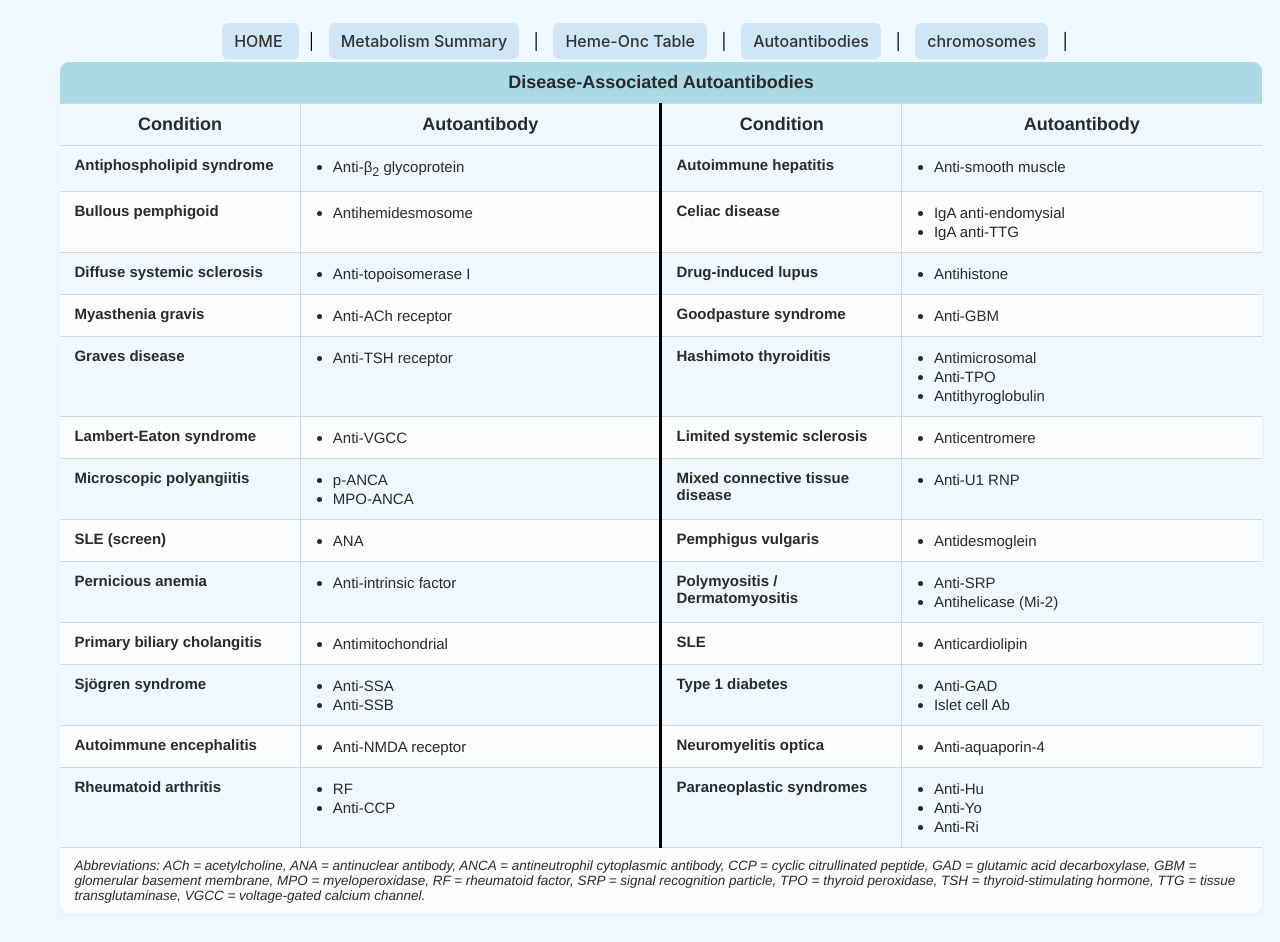
Repository: sharperdragon/STEVEL-1-Summaries
Page: subdex/autoantibodies.html
An editor plug-in stored every save of this project. The page is shown before and after the next save, followed by the edit.
The browser window is 1280 px wide. The pictures show the whole page.

Above is the page before, as saved 2025-05-19 07:19:03.

### subdex/autoantibodies.html
<!DOCTYPE html>
<html lang="en">
<head>
    <meta charset="UTF-8">
    <meta name="viewport" content="width=device-width, initial-scale=1.0">
    <title>Summary tables</title>
    <link rel="stylesheet" href="/STEVEL-1-Summaries/static/style.css">
    <link rel="icon" href="/STEVEL-1-Summaries/subdex/metabolism.html">
</head>

<body>
  <nav style="margin: 10px 0; text-align: center;">
  <a href="index.html" class="nav-link"> HOME </a>   |
    <a href="subdex/metabolism.html" class="nav-link">Metabolism Summary</a> |
  <a href="subdex/hemeonc.html" class="nav-link">Heme-Onc Table</a> |
  <a href="subdex/autoantibodies.html" class="nav-link">Autoantibodies</a> |
  <a href="subdex/chromosomes.html" class="nav-link">chromosomes</a> |
</nav>
<div class="table-responsive">
<table class="autoantibody-table" border="1" cellspacing="0" cellpadding="6" style="border-collapse: collapse; width: 100%;">
  <thead>
    <tr>
      <th colspan="4" style="background-color: #add8e6; text-align: center; font-size: 1.2em;">
        <strong>Disease-Associated Autoantibodies</strong>
      </th>
    </tr>
    <tr>
      <th style="background-color: #f0f8ff; text-align: center;">Condition</th>
      <th style="background-color: #f0f8ff; text-align: center; border-right: 3px solid black;">Autoantibody</th>
      <th style="background-color: #f0f8ff; text-align: center;">Condition</th>
      <th style="background-color: #f0f8ff; text-align: center;">Autoantibody</th>
    </tr>
  </thead>
  <tbody>
    <tr>
      <td><strong>Antiphospholipid syndrome</strong></td>
      <td style="border-right: 3px solid black;"><ul><li>Anti-β<sub>2</sub> glycoprotein</li></ul></td>
      <td><strong>Autoimmune hepatitis</strong></td>
      <td><ul><li>Anti-smooth muscle</li></ul></td>
    </tr>
    <tr>
      <td><strong>Bullous pemphigoid</strong></td>
      <td style="border-right: 3px solid black;"><ul><li>Antihemidesmosome</li></ul></td>
      <td><strong>Celiac disease</strong></td>
      <td><ul><li>IgA anti-endomysial</li><li>IgA anti-TTG</li></ul></td>
    </tr>
    <tr>
      <td><strong>Diffuse systemic sclerosis</strong></td>
      <td style="border-right: 3px solid black;"><ul><li>Anti-topoisomerase I</li></ul></td>
      <td><strong>Drug-induced lupus</strong></td>
      <td><ul><li>Antihistone</li></ul></td>
    </tr>
    <tr>
      <td><strong>Myasthenia gravis</strong></td>
      <td style="border-right: 3px solid black;"><ul><li>Anti-ACh receptor</li></ul></td>
      <td><strong>Goodpasture syndrome</strong></td>
      <td><ul><li>Anti-GBM</li></ul></td>
    </tr>
    <tr>
      <td><strong>Graves disease</strong></td>
      <td style="border-right: 3px solid black;"><ul><li>Anti-TSH receptor</li></ul></td>
      <td><strong>Hashimoto thyroiditis</strong></td>
      <td><ul><li>Antimicrosomal</li><li>Anti-TPO</li><li>Antithyroglobulin</li></ul></td>
    </tr>
    <tr>
      <td><strong>Lambert-Eaton syndrome</strong></td>
      <td style="border-right: 3px solid black;"><ul><li>Anti-VGCC</li></ul></td>
      <td><strong>Limited systemic sclerosis</strong></td>
      <td><ul><li>Anticentromere</li></ul></td>
    </tr>
    <tr>
      <td><strong>Microscopic polyangiitis</strong></td>
      <td style="border-right: 3px solid black;"><ul><li>p-ANCA</li><li>MPO-ANCA</li></ul></td>
      <td><strong>Mixed connective tissue disease</strong></td>
      <td><ul><li>Anti-U1 RNP</li></ul></td>
    </tr>
    <tr>
      <td><strong>SLE (screen)</strong></td>
      <td style="border-right: 3px solid black;"><ul><li>ANA</li></ul></td>
      <td><strong>Pemphigus vulgaris</strong></td>
      <td><ul><li>Antidesmoglein</li></ul></td>
    </tr>
    <tr>
      <td><strong>Pernicious anemia</strong></td>
      <td style="border-right: 3px solid black;"><ul><li>Anti-intrinsic factor</li></ul></td>
      <td><strong>Polymyositis / Dermatomyositis</strong></td>
      <td><ul><li>Anti-SRP</li><li>Antihelicase (Mi-2)</li></ul></td>
    </tr>
    <tr>
      <td><strong>Primary biliary cholangitis</strong></td>
      <td style="border-right: 3px solid black;"><ul><li>Antimitochondrial</li></ul></td>
      <td><strong>SLE</strong></td>
      <td><ul><li>Anticardiolipin</li></ul></td>
    </tr>
    <tr>
      <td><strong>Sjögren syndrome</strong></td>
      <td style="border-right: 3px solid black;"><ul><li>Anti-SSA</li><li>Anti-SSB</li></ul></td>
      <td><strong>Type 1 diabetes</strong></td>
      <td><ul><li>Anti-GAD</li><li>Islet cell Ab</li></ul></td>
    </tr>
    <tr>
      <td><strong>Autoimmune encephalitis</strong></td>
      <td style="border-right: 3px solid black;"><ul><li>Anti-NMDA receptor</li></ul></td>
      <td><strong>Neuromyelitis optica</strong></td>
      <td><ul><li>Anti-aquaporin-4</li></ul></td>
    </tr>
    <tr>
      <td><strong>Rheumatoid arthritis</strong></td>
      <td style="border-right: 3px solid black;"><ul><li>RF</li><li>Anti-CCP</li></ul></td>
      <td><strong>Paraneoplastic syndromes</strong></td>
      <td><ul><li>Anti-Hu</li><li>Anti-Yo</li><li>Anti-Ri</li></ul></td>
    </tr>
    <tr>
      <td colspan="4" style="font-size: 90%; padding-top: 10px;">
        <em>Abbreviations: ACh = acetylcholine, ANA = antinuclear antibody, ANCA = antineutrophil cytoplasmic antibody, CCP = cyclic citrullinated peptide, GAD = glutamic acid decarboxylase, GBM = glomerular basement membrane, MPO = myeloperoxidase, RF = rheumatoid factor, SRP = signal recognition particle, TPO = thyroid peroxidase, TSH = thyroid-stimulating hormone, TTG = tissue transglutaminase, VGCC = voltage-gated calcium channel.</em>
      </td>
    </tr>
  </tbody>
</table>
</div>
</body>

### static/style.css
:root {
  --header-bg: #d0e5f5;
  --subheader-bg: #f7f9fa;
  --border-color: #ccd9e0;
  --strong-divider: #6c8ca3;
  --row-alt-bg: #fbfcfd;
  --text-color: #2a2a2a;
  --font: "Helvetica Neue", Helvetica, Arial, sans-serif;
  --base-font-size: 15px;
  --header-font-size: 18px;
}
body {max-width: 100vw;}

.autoantibody-table {
  max-width: 94vw;
  border-collapse: collapse;
  font-family: var(--font);
  color: var(--text-color);
  font-size: var(--base-font-size);
  border: 1px solid var(--border-color);
  border-radius: 10px;
  overflow: hidden;
  margin: 1vh 3vw 1vh 3vw;
  box-shadow: 0 2px 4px rgba(0, 0, 0, 0.04);
}

.autoantibody-table th,
.autoantibody-table td {
  padding: 10px 14px;
  border: 1px solid var(--border-color);
  vertical-align: top;
  text-align: left;
}

/* Header styling */
.autoantibody-table thead th {
  background-color: var(--header-bg);
  font-size: var(--header-font-size);
  font-weight: 600;
  text-align: center;
}

/* Alternate row background */
.autoantibody-table tbody tr:nth-child(even) {
  background-color: var(--row-alt-bg);
}

/* Strong divider between antibody (col 2) and condition (col 3) */
.autoantibody-table td:nth-child(2) {
  border-right: 3px solid var(--strong-divider);
}

/* Condition columns emphasis */
.autoantibody-table td:nth-child(1),
.autoantibody-table td:nth-child(3) {
  font-weight: 500;
  width: 20%;
}

/* Antibody columns can expand more */
.autoantibody-table td:nth-child(2),
.autoantibody-table td:nth-child(4) {
  width: 30%;
}

/* Bullet list formatting */
.autoantibody-table ul {
  margin: 0;
  padding-left: 18px;
}

.autoantibody-table li {
  margin: 2px 0;
}

/* Responsive font scaling — enlarged */
@media (max-width: 1024px) {
  :root {
    --base-font-size: 15px;
    --header-font-size: 17px;
  }
}

@media (max-width: 768px) {
  :root {
    --base-font-size: 14px;
    --header-font-size: 16px;
  }
}

@media (max-width: 480px) {
  :root {
    --base-font-size: 13px;
    --header-font-size: 15px;
  }
}
body {
    font-family: "Rubik", -apple-system, system-ui, BlinkMacSystemFont, Segoe UI, Roboto, Helvetica, Arial, sans-serif;
    margin: 20px;
    padding: 1px;
    max-width: -webkit-fill-available;
    background-color: aliceblue;
}

.container {
    max-width: 98vw;
    margin: 3% auto;
    padding: 2%;
    background: #ffffff;
    border-radius: 8px;
    box-shadow: 0 4px 6px rgba(0, 0, 0, 0.1);
    display: flex;
    flex-direction: column; /* Stacks items vertically */
    align-items: unset; /* Centers items horizontally */
    gap: 3px; /* Adds consistent spacing */
}

h1 {
    text-align: center;
    color: #333333;
    padding: 1%;
}

label {
    font-weight: bold;
    margin: 0;
    display: block;
    padding: 1px;
}

textarea {
    width: 95%;
    margin-bottom: 10px;
    min-height:150px;
    padding: 10px;
    border: 1px solid #ddd;
    border-radius: 8px;
    padding: 1%;
    max-width: -webkit-fill-available;
}

/* Fix all divs to maintain consistent height */
div {
    position: relative; /* Prevents hover effects from changing layout */

}

/* Button Styles */
button {
    background-color: #007bff;
    display: inline-flex;
    gap: 10px;
    color: white;
    border: none;
    padding: 10px 15px;
    border-radius: 15px;
    cursor: pointer;
    font-size: 105%;
    box-shadow: 0 5px 10px rgba(0, 0, 0, 0.2);
    transition: transform 0.2s ease, box-shadow 0.2s ease;
    position: relative; /* Lock button in place */
    box-sizing: border-box; /* Ensure padding and border don't affect size */
    z-index: 1; /* Ensure hover effects stay above other elements */
    margin: 10px;
}

/* Hover effect without shifting elements */
button:hover {
    background-color: #0c66c6;
    color: offwhite;
    box-shadow: 0 8px 12px rgba(0, 0, 0, 0.3);
    transform: translateY(2px); /* Hover effect without affecting layout */
}

div#selection_buttons {
    display: flex;
    justify-content: space-between;
    align-items: center;
    width: 95%;
    margin: 0 0 1px 0;
    margin-top: 4px;
}

#mode_section {
    position: absolute;  /* Fixed positioning */
    top: 2px;
    right: 4px;
    width: 75px;         /* 🔒 Lock width */
    height: 20px;         /* 🔒 Lock height */
    background-color: #f9fbff;
    border: 2px solid #cee1fe;
    border-radius: 8px;
    padding: 4px 7px;
    font-size: 95%;
    opacity: 0.6;
    transition: background-color 0.3s ease, opacity 0.3s ease;
    display: flex;
    align-items: center;
    justify-content: center;
    z-index: 200;
}

#mode_section:hover {
    opacity: 1;
    background-color: #e8f0ff;
    border-top-left-radius:0px;
    border-bottom-left-radius:0px;
    border-left: none;
}

#mode_section span {
    font-weight: bold;
    pointer-events: none; /* So only the container triggers hover */
}
/* Hide the options by default */
.options_container {
    display: none;
    position: absolute;
    top: -2px;  /* below the #mode_section */
    right: 89px;
    /* background-color: white; */
    box-shadow: 0 6px 10px rgba(0, 0, 0, 0.1);
    padding: 0px;
    border-radius: 8px;
    z-index: 300;
    flex-direction: column;
    gap: 0;
    object-fit:contain;
    /* min-width: 120px; */
}

/* Reveal on hover without affecting layout */
#mode_section:hover .options_container {
    display: flex;
    border-top-right-radius:0px;
    border: 1px solid #d0e3ff;
    overflow:hidden;
}

.field_option {
    position: relative;
    overflow: hidden;
    cursor: pointer;
    font-size: 16px;
    transition: background-color 0.2s ease, transform 0.1s ease;
    background-color: #ffffff;
    padding: 10px 14px;
    border-radius: 0px;
    box-shadow: 0 -px 8px rgba(0, 0, 0, 0.1);
    margin: 0.2px 0;
    width: 60px;
    overflow:hidden;
}

.field_option:hover {
    background-color: #e0ecff;
    overflow:hidden;
}

.field_option:active {
    background-color: #d0dcf5;
    transform: scale(0.96);
    overflow:hidden;
}

.selected_field_option {
    background-color: #b9cdf9 !important;
    color: #003366;
    font-weight: bold;
}




/* Container for question list */
div#question_list {
    display: flex;
    flex-wrap: wrap; /* Allow wrapping of items to next row */
    gap: 10px; /* Space between items */
    overflow-x: auto; /* Enable horizontal scrolling */
    overflow-y: hidden; /* Disable vertical overflow */
    width: 95%;
    padding: 10px;
    box-sizing: border-box;
    border: 1px solid #b7d7fa;
    border-radius: 10px;
    min-height: 100px; /* Set a fixed height */
    max-height:60vh;
    overflow:auto;
}

/* Styling for each individual label (checkbox item) */
#question_list label {
    display: flex;
    align-items: center;
    justify-content: flex-start;
    box-sizing: border-box;
    padding: 1px 2px;
    background-color: #f9f9f9;
    border: 1px solid #ddd;
    border-radius: 5px;
    cursor: pointer;
    width: fit-content; /* 10 questions per row, adjust the width accordingly */
    min-width: 230px;
    word-wrap: normal; /* Break long words if necessary */
    max-height: 38px;
    padding: 8px 2px;
}
#question_list label span.id {
    padding-right:4px;
}

/* Ensures the checkboxes and text are aligned correctly */
#question_list input[type="checkbox"] {
    margin-right: 10px; /* Space between checkbox and text */
}

/* Styling for the question number */
.number {
    margin-right: 8px; /* Adjust the space between the number and ID */
}

.id {
    opacity: 0.7; /* Maintain the desired opacity for the question ID */
}

#copy_button {
    margin-left: auto;
}


/* Updated history section */
div#history_section {
    display: flex;
    gap: 10px;
    align-items: flex-start;
    margin-bottom: 10px;
}

div#history_section > div {
    flex: 1;
}

div#history_section > div > label {
    margin: 0;
}

div#history_section > div > select {
    width: 100%;
}

#history_select {
    padding: 8px;
    font-size: 100%;
    border-radius: 8px;
    border: 1px solid #ddd;
    background-color: #fff;
    box-shadow: 0 2px 4px rgba(0,0,0,0.05);
    transition: border-color 0.3s ease, box-shadow 0.3s ease;
}

#history_select:focus {
    border-color: #007bff;
    outline: none;
    box-shadow: 0 0 5px rgba(0,123,255,0.5);
}

.input-history-wrapper {
    display: flex;
    flex-direction: column;
    gap: 8px;
    margin-bottom: 12px;
}

.sticky-history {
    position: static;
    z-index: auto;
    background-color: white;
    padding-top: 4px;
    padding-bottom: 8px;
}

.history-feedback {
    position: relative;
    right: 0;
    top: -10px;
    font-size: 14px;
    color: green;
    animation: floatUpFade 0.7s ease forwards;
    pointer-events: none;
    user-select: none;
    z-index: 1000;
    white-space: nowrap;
}

/* Subtle button press animation */
button:active {
    transform: translateY(1px);
    box-shadow: 0 3px 6px rgba(0, 0, 0, 0.2);
}

/* Make Clear History button a bit smaller and softer */
#clear_history_button {
    background: linear-gradient(to bottom, #ffffff, #f0f0f5);
    color: #007aff;
    border: 1px solid #d1d1d6;
    border-radius: 12px;
    font-weight: 500;
    font-size: 90%;
    padding: 6px 10px;
    cursor: pointer;
    transition: background 0.3s ease, transform 0.2s ease;
    margin-left: 5px;
    margin-top: 5px;
}

#clear_history_button:hover {
    background: #e5e5ea;
}

.ripple {
    position: relative;
    width: 10px;
    height: 10px;
    background: rgba(0, 123, 255, 0.4);
    opacity: 1;
    border-radius: 50%;
    transform: scale(0);
    animation: ripple-animation 0.6s linear;
    pointer-events: none;
    z-index: 0;
}

@keyframes ripple-animation {
    to {
        transform: scale(15);
        opacity: 0;
    }
}

.nav-link {
  margin: 0 10px;
  padding: 8px 12px;
  background-color: #d0e5f5;
  text-decoration: none;
  color: #333;
  border-radius: 6px;
  font-weight: 500;
}
.nav-link:hover {
  background-color: #add8e6;
}

After the next save:
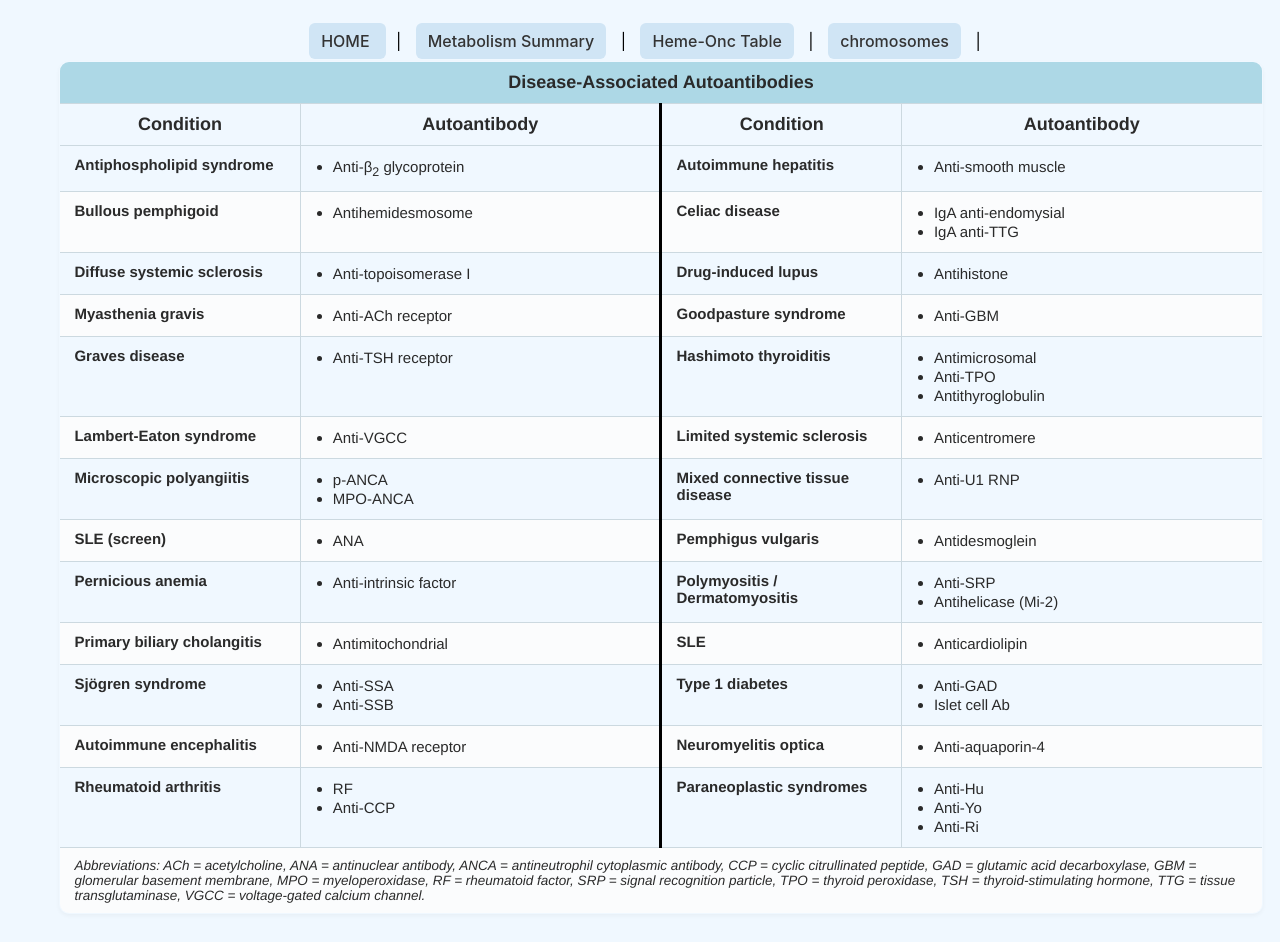
Saved 9 s later.
--- a/subdex/autoantibodies.html
+++ b/subdex/autoantibodies.html
@@ -13,7 +13,6 @@
   <a href="index.html" class="nav-link"> HOME </a>   |
     <a href="subdex/metabolism.html" class="nav-link">Metabolism Summary</a> |
   <a href="subdex/hemeonc.html" class="nav-link">Heme-Onc Table</a> |
-  <a href="subdex/autoantibodies.html" class="nav-link">Autoantibodies</a> |
   <a href="subdex/chromosomes.html" class="nav-link">chromosomes</a> |
 </nav>
 <div class="table-responsive">
